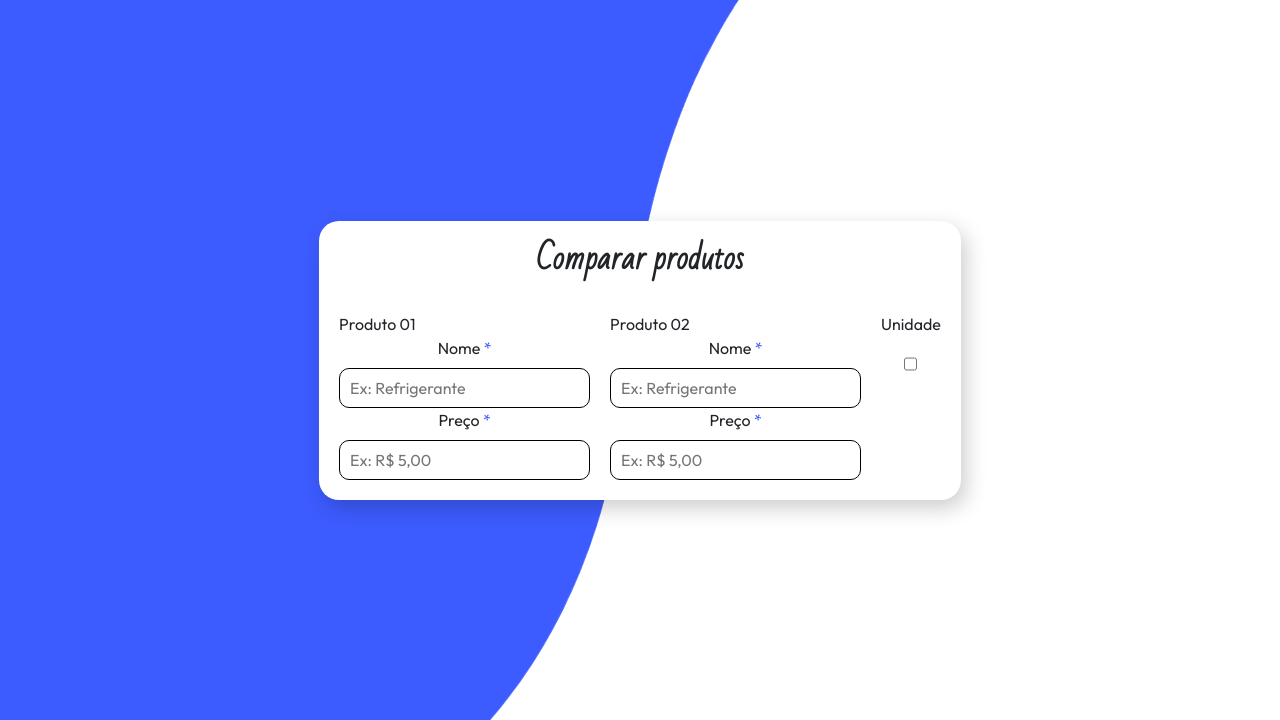
Repository: GabrielMA0/CheckMart
Page: /compare-product
These files come from the project's save history. The page is drawn as it stood at one moment and after the next save; the edit follows.
The browser window is 1280 px wide. The pictures show the whole page.
The project was rebuilt for these pictures with package versions that can differ from the ones it lists, and the page was loaded fresh each time. Also part of the build but not shown: vite.config.js, src/components/Button.vue, src/stores/cart.js, src/stores/modal.js, src/components/Header.vue, src/components/Cart.vue, src/components/Modal.vue.

Above is the page before, as saved 2025-08-06 20:23:08.

### index.html
<!doctype html>
<html lang="pt-br">
  <head>
    <meta charset="UTF-8" />
    <meta name="viewport" content="width=device-width, initial-scale=1.0" />
    <link
      rel="shortcut icon"
      href="./public/icons/3b788fdf-f1e4-400e-a77d-d7600fce64ce 1.svg"
      type="image/x-icon"
    />
    <link
      rel="stylesheet"
      href="https://fonts.googleapis.com/css2?family=Material+Symbols+Outlined:opsz,wght,FILL,GRAD@20..48,100..700,0..1,-50..200"
    />
    <title>CheckMart</title>
  </head>
  <body>
    <main id="app"></main>
    <script type="module" src="/src/main.js"></script>
  </body>
</html>

### src/main.js
import { createApp } from 'vue';
import App from './App.vue';
import { createPinia } from 'pinia'
import piniaPluginPersistedstate from 'pinia-plugin-persistedstate'
import 'bootstrap/dist/css/bootstrap.css'
import 'bootstrap'
import './registerServiceWorker'
import router from './router/router'

const app = createApp(App);
const pinia = createPinia()

pinia.use(piniaPluginPersistedstate)

app.use(pinia)
app.use(router)
app.mount('#app');

### src/App.vue
<template>
  <div class="container-main">
    <div class="img-background"></div>
    <router-view />
  </div>
</template>

<script setup>
</script>

<style lang="scss">
  @import url('https://fonts.googleapis.com/css2?family=Bad+Script&display=swap');
  @import url('https://fonts.googleapis.com/css2?family=Outfit:wght@100;200;300;400;500;600;700;800;900&display=swap');

  .img-background{
    background-position: center;
    background-image: url("./assets/Background.svg");
    background-repeat: no-repeat;
    background-attachment: fixed;
    background-size: cover;
    position: absolute;
    top: 0;
    bottom: 0;
    left: 0;
    right: 0;
    z-index: -1;
  }

  .container-main{
    display: flex;
    flex-direction: column;
    align-items: center;
    justify-content: center;
    margin: 0;
    padding: 0;
    width: 100% !important;
    height: 100vh;
  }
</style>

### src/router/router.js
import { createRouter, createWebHistory } from 'vue-router'
import Home from '../views/Home.vue'
import CompareProduct from '../views/CompareProduct.vue'

const routes = [
    { path: '/', component: Home },
    { path: '/compare-product', component: CompareProduct },
]

const router = createRouter({
    history: createWebHistory(),
    routes
})

export default router

### src/views/Home.vue
<template>
    <Header/>
    <section>
      <Modal/>
      <Cart/>
    </section>
</template>

<script setup>
  import Header from '../components/Header.vue';
  import Cart from '../components/Cart.vue';
  import Modal from '../components/Modal.vue';
</script>

<style lang="scss">

// ---ANIMAÇÕES---
    @keyframes slide-bottom {
        0% {
            transform: translateY(-100px);
            opacity: 0;
          }
          100% {
            transform: translateY(0);
            opacity: 1;
        }
    }
    @keyframes slide-top {
        0% {
            transform: translateY(0);
            opacity: 1;
        }
        100% {
            transform: translateY(-100px);
            opacity: 0;
        }
    }
    @keyframes opacity-entrances {
        0% {
            opacity: 0;
        }
        100% {
            opacity: 1;
        }
    }
    @keyframes opacity-exits {
        0% {
            opacity: 1;
        }
        100% {
            opacity: 0;
        }
    }
    .open-modal-animation{
        animation-name: slide-bottom;
        animation-duration: 0.5s;
    }
    .close-modal-animation{
        animation-name: slide-top;
        animation-duration: 0.5s;
    }
    .open-message-alert-warning{
      animation-name: opacity-entrances;
      animation-duration: 0.3s;
    }
    .close-message-alert-warning{
      animation-name: opacity-exits;
      animation-duration: 0.3s;
    }

    // ---ANIMAÇÕES---

  body, html{
    margin: 0;
    padding: 0;
    box-sizing: border-box;
    font-family: 'Outfit', sans-serif !important;
  }
  h1,h2{
    font-family: 'Bad Script', cursive;
    font-weight: bold !important;
  }

  input, select{
    padding: 0 10px;
    height: 40px;
    border-radius: 10px;
    border: 1px solid black;
    outline: none;
    @media (max-width: 425px) {
      padding: 5px;
      width: 100%;
    }
  }
  .background{
    width: 100vw;
    height: 100vh;
    position: absolute;
    top: 0;
    left: 0;
    background-color: rgba(0,0,0,0.5);
    z-index: 1;
  }
  .field-error{
    border: 1px solid red;
    background-color: rgba(255, 0, 0, 0.2);
  }

</style>

### src/views/CompareProduct.vue
<script setup>
import Container from '../components/Container.vue'
import Subtitle from '../components/Subtitle.vue'
import Input from '../components/Input.vue'
</script>

<template>
    <Container>
        <Subtitle>Comparar produtos</Subtitle>
        <div class="container-fields">
            <div>
                <span>Produto 01</span>
                <Input
                label="Nome"
                placeholder="Ex: Refrigerante"
                type="text"
                v-model="product"
                :isRequired="true"
                :hasError="submitCount > 0 && productError ? true : false"
                :messageError="productError"
                id="productField"
                />
                <Input
                label="Preço"
                placeholder="Ex: R$ 5,00"
                type="text"
                v-model.lazy="price"
                v-money="money"
                @keydown="blockNegativeNumbers"
                :isRequired="true"
                :hasError="submitCount > 0 && priceError ? true : false"
                :messageError="priceError"
                />
            </div>
            <div>
                <span>Produto 02</span>
                <Input
                label="Nome"
                placeholder="Ex: Refrigerante"
                type="text"
                v-model="product"
                :isRequired="true"
                :hasError="submitCount > 0 && productError ? true : false"
                :messageError="productError"
                id="productField"
                />
                <Input
                label="Preço"
                placeholder="Ex: R$ 5,00"
                type="text"
                v-model.lazy="price"
                v-money="money"
                @keydown="blockNegativeNumbers"
                :isRequired="true"
                :hasError="submitCount > 0 && priceError ? true : false"
                :messageError="priceError"
                />

            </div>

            <div>
                <Input
                label="Unidade"
                type="checkbox"
                v-model="price"
                :isRequired="false"
                />
            </div>
        </div>
    </Container>
</template>

<style lang="scss">

    .container-fields{
        display: flex;
        gap: 20px;
    }

</style>

### src/components/Container.vue
<script setup>
</script>

<template>
    <div class="container">
        <slot></slot>
    </div>
</template>

<style lang="scss" scoped>

    .container{
        display: flex;
        align-items: center;
        flex-direction: column;
        background-color: white;
        box-shadow: 5px 8px 21px rgba(0,0,0,0.2);
        padding: 20px;
        border-radius: 20px;
        gap: 20px;
        width: auto;
        min-width: 388px;

        @media (max-width: 425px) {
            width: 90vw;
            height: auto;
            padding: 20px 0;
        }
    }
</style>

### src/components/Subtitle.vue
<script>

</script>

<template>
    <h2>
        <slot></slot>
    </h2>
</template>

<style lang="scss" scoped>
    h2 {
        padding-bottom: 15px;
        font-size: 30px;
        margin: 0;
    }
</style>

### src/components/Input.vue
<script setup>
    const props = defineProps({
        label: String,
        placeholder: String,
        type: String,
        modelValue: String,
        messageError: String,
        id: String,
        inputmode: String,
        pattern: String,
        min: String,
        ref: String,
        isRequired: Boolean,
        hasError: Boolean,
    })
</script>

<template>
    <div class="container-field">
        <label :for="id">{{label}} <span v-show="isRequired" class="asterisk">*</span></label>
        <input
        :type="type"
        :id="id"
        :placeholder="placeholder"
        :value="modelValue"
        :inputmode="inputmode"
        :pattern="pattern"
        :min="min"
        @input="$emit('update:modelValue', $event.target.value)"
        :class="{ 'field-error': hasError }"
        :ref="ref">


        <span class="error-message" v-show="hasError">{{ messageError }}</span>
    </div>
</template>

<style lang="scss" scoped>
    .container-field {
        display: flex;
        flex-direction: column;
        gap: 4px;
        align-items: center;
        position: relative;

        .asterisk {
            color: #3D5CFF;
        }

        label {
            padding-bottom: 4px;
            cursor: text;
        }

        .error-message{
            color: #EC3737;
            font-size: 12px;
            position: absolute;
            bottom: -20px;
        }
    }
</style>

Loaded but not shown: src/registerServiceWorker.js (common file)

After the next save:
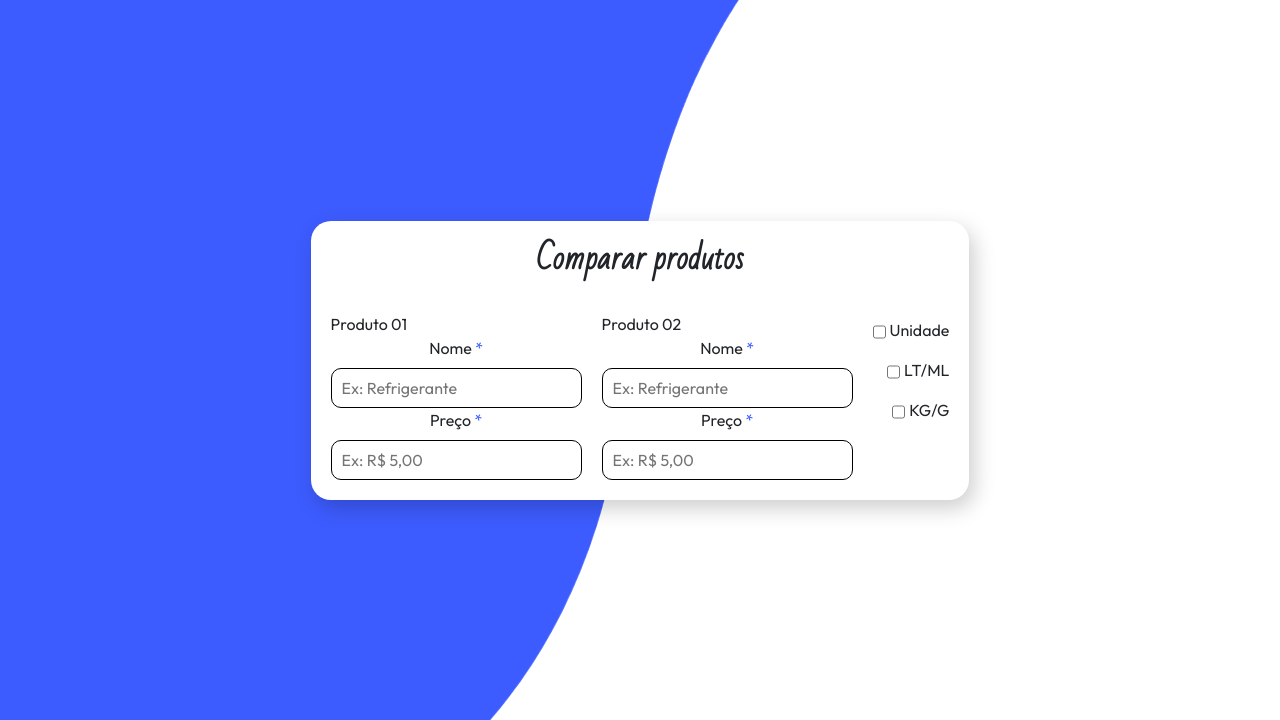
Saved 72 min 43 s later.
--- a/src/views/CompareProduct.vue
+++ b/src/views/CompareProduct.vue
@@ -62,6 +62,21 @@ import Input from '../components/Input.vue'
                 <Input
                 label="Unidade"
                 type="checkbox"
+                class="input-checkbox"
+                v-model="price"
+                :isRequired="false"
+                />
+                <Input
+                label="LT/ML"
+                type="checkbox"
+                class="input-checkbox"
+                v-model="price"
+                :isRequired="false"
+                />
+                <Input
+                label="KG/G"
+                type="checkbox"
+                class="input-checkbox"
                 v-model="price"
                 :isRequired="false"
                 />
@@ -75,6 +90,11 @@ import Input from '../components/Input.vue'
     .container-fields{
         display: flex;
         gap: 20px;
+
+        .input-checkbox{
+            align-items: center;
+            flex-direction: row-reverse;
+        }
     }
 
 </style>
